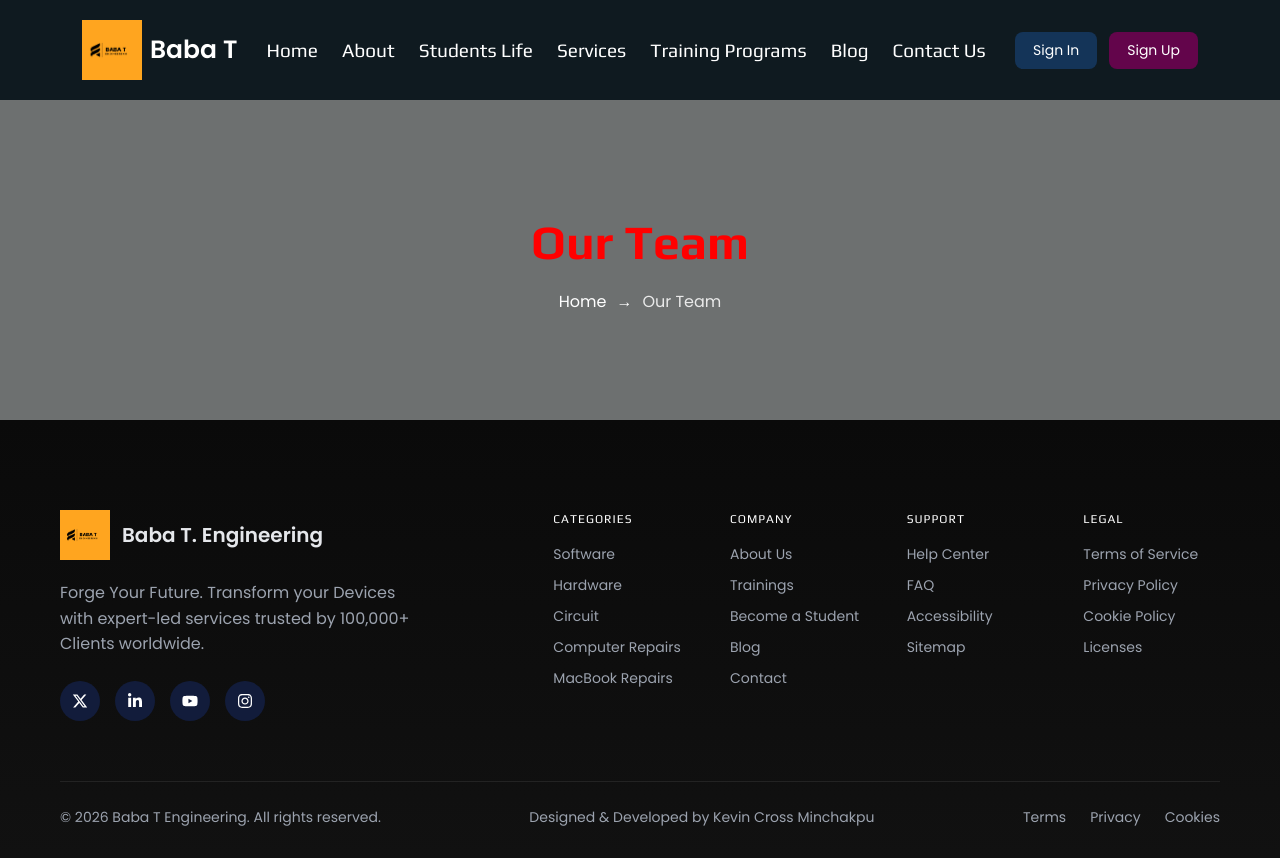
Repository: KC-Minchakpu/babatunde
Page: /about/team
An editor plug-in stored every save of this project. The page is shown before and after the next save, followed by the edit.
The browser window is 1280 px wide. The pictures show the whole page.
The project was rebuilt for these pictures with package versions that can differ from the ones it lists, and the page was loaded fresh each time. The framework's server and built-in components were replaced by stand-ins that run in the browser. Also part of the build but not shown: next.config.ts.

Above is the page before, as saved 2026-02-20 17:53:39.

After the next save:
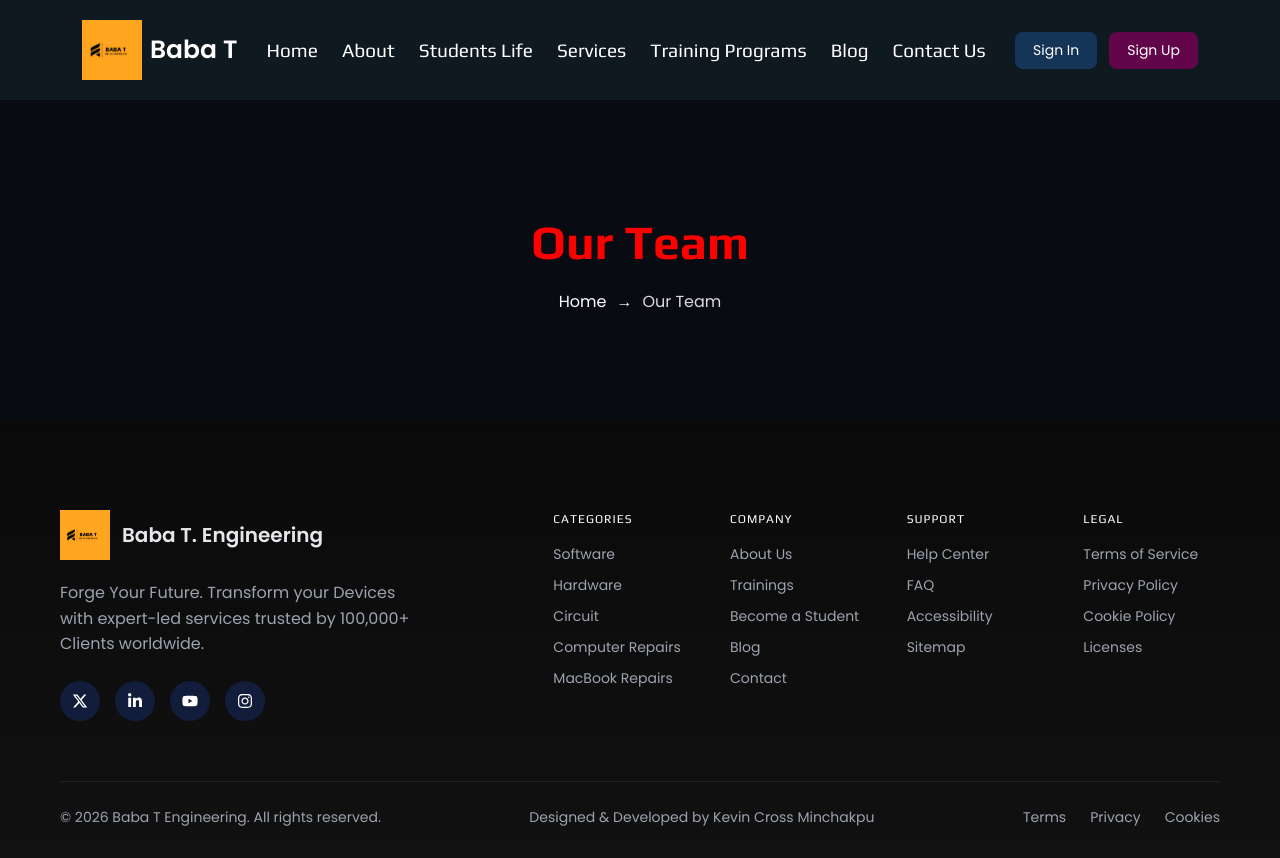
Saved 112 s later.
--- a/src/components/PageBanner/PageBanner.module.css
+++ b/src/components/PageBanner/PageBanner.module.css
@@ -9,6 +9,10 @@
   text-align: center;
 
   overflow: hidden;
+}
+
+.default {
+  background-color: #111827;
 }
 
 /* ===========================

After the save that followed:
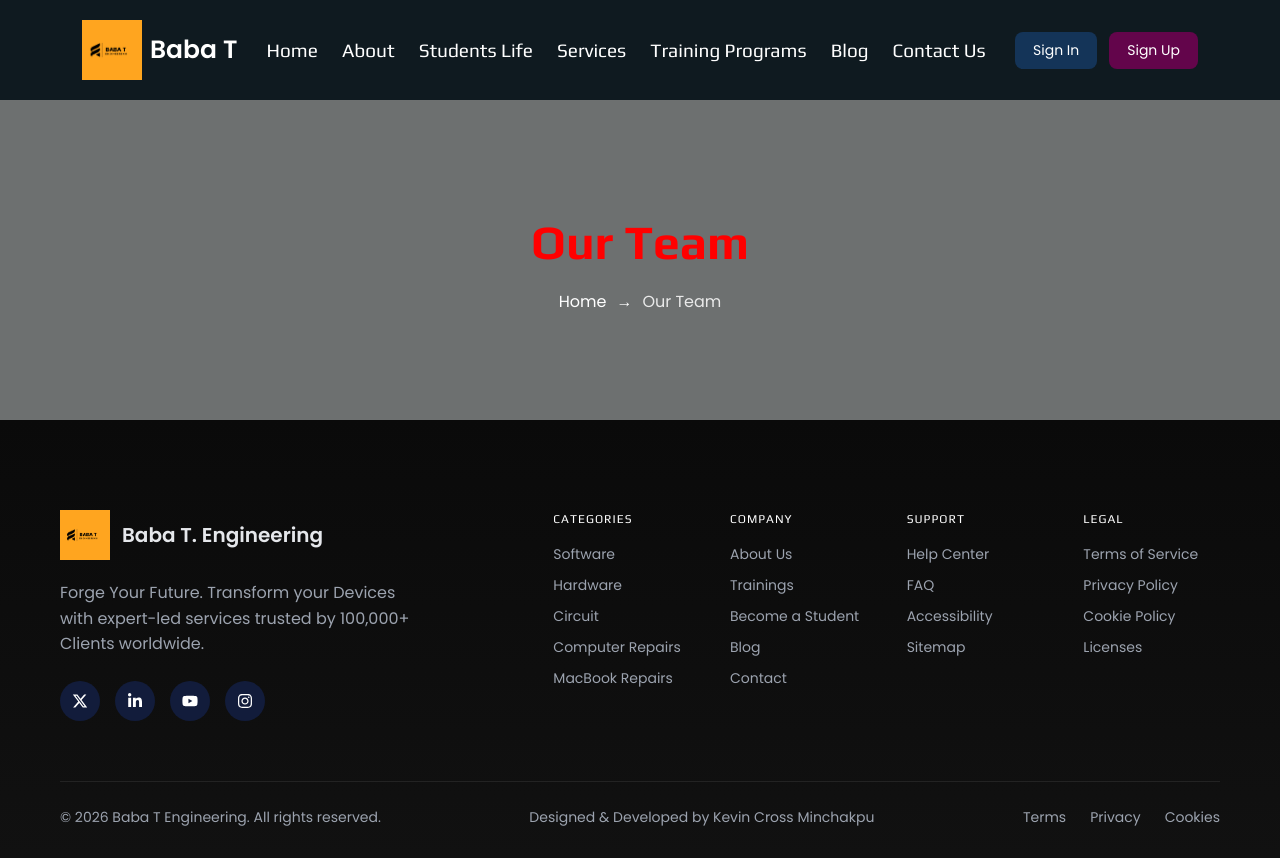
Saved 85 s later.
--- a/src/components/PageBanner/PageBanner.module.css
+++ b/src/components/PageBanner/PageBanner.module.css
@@ -12,7 +12,11 @@
 }
 
 .default {
-  background-color: #111827;
+   background: linear-gradient(
+      to right,
+      rgba(248, 250, 252, 0.95),
+      rgba(248, 250, 252, 0.8)
+    ),
 }
 
 /* ===========================
